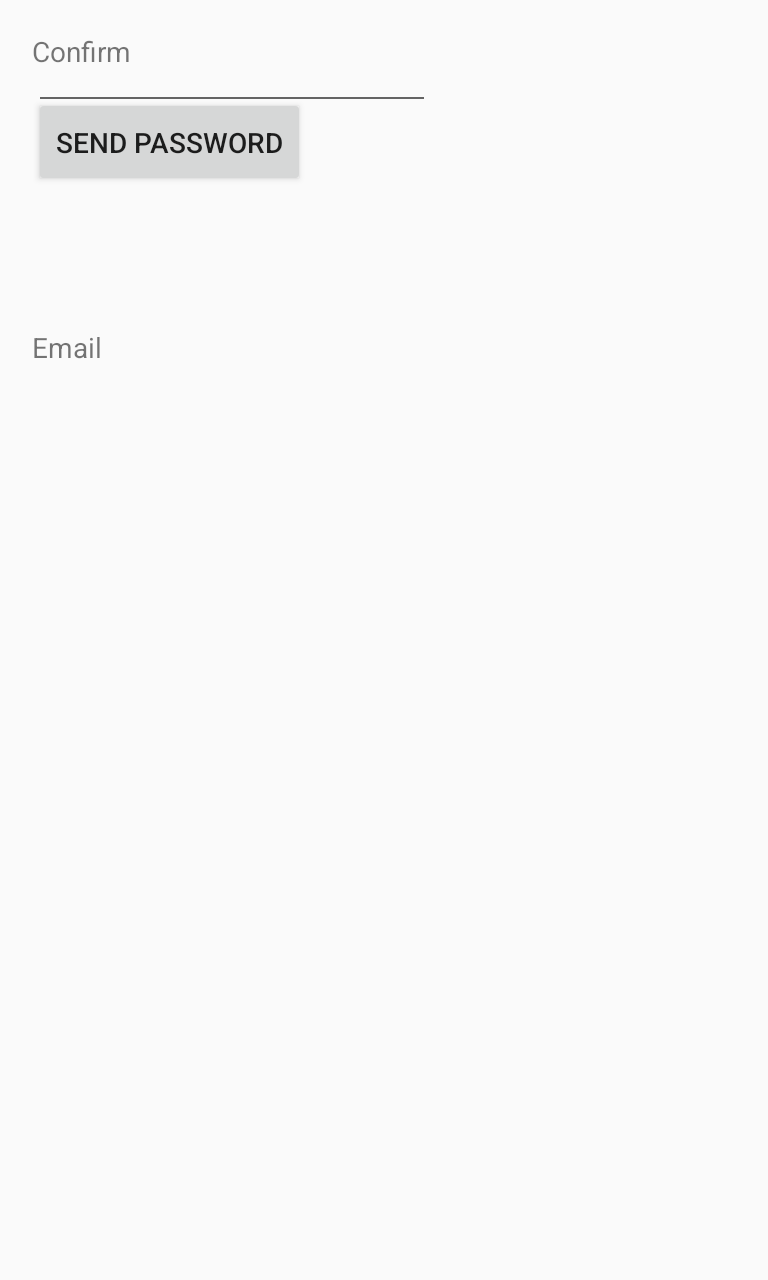
Repository: zerox2012/Fall2014Android
Layout: FishingBuddy/res/layout/activity_forgot_password.xml
An editor plug-in stored every save of this project. The layout is shown before and after a run of saves, followed by the edit.
It is drawn on a 768 x 1280 px phone screen (xhdpi) without system bars, with theme AppTheme; the app's code is not run.

Above is the layout before, as saved 2014-10-20 22:33:13.

After the next 2 saves:
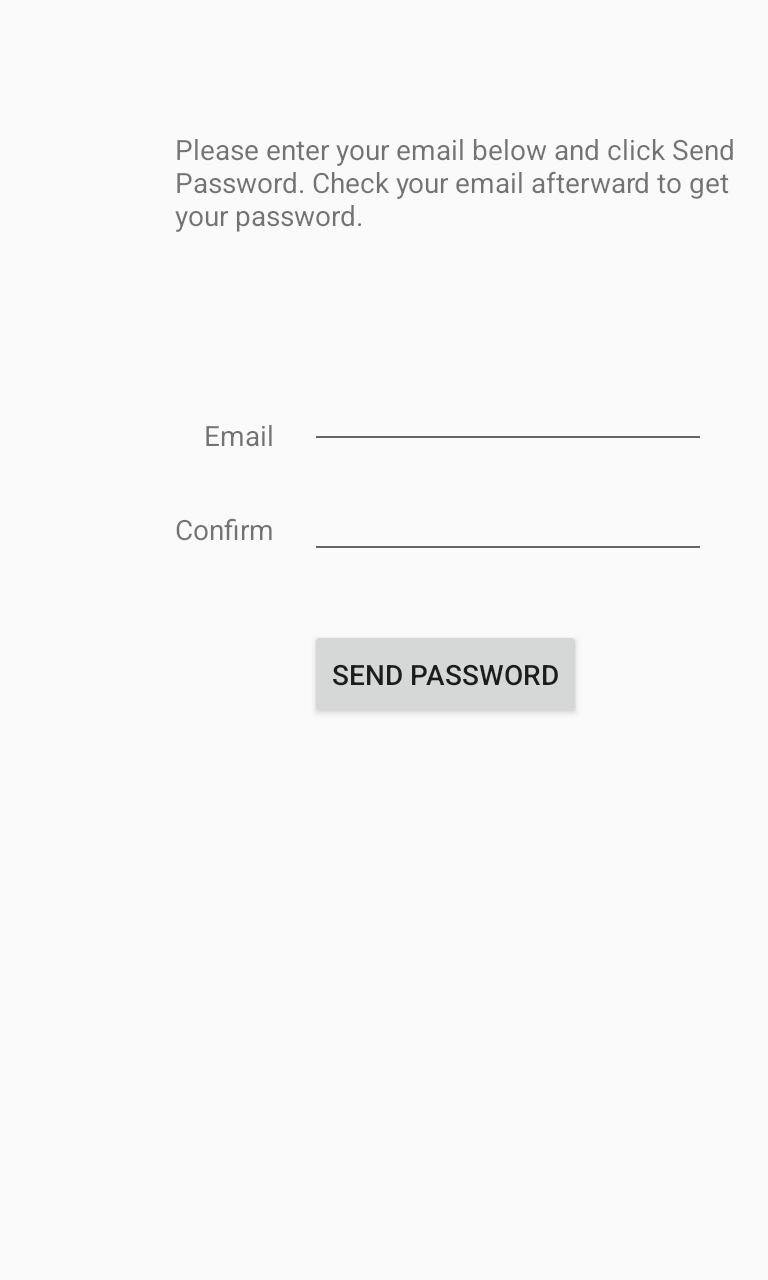
The 2 saves are shown as one change because 1 did not build or start.
The last was saved 3 min 56 s later.
--- a/FishingBuddy/res/layout/activity_forgot_password.xml
+++ b/FishingBuddy/res/layout/activity_forgot_password.xml
@@ -8,42 +8,63 @@
     android:paddingTop="@dimen/activity_vertical_margin"
     tools:context="usf.fall2014.android.fishingbuddy.ForgotPassword" >
 
-	<TextView
-        android:id="@+id/text_password recovery_instruction"
+    <Button
+        android:id="@+id/button_create"
         android:layout_width="wrap_content"
         android:layout_height="wrap_content"
-        android:layout_above="@+id/label_email"
-        android:layout_alignLeft="@+id/label_email"
-        android:layout_marginBottom="39dp"
-        android:text="@string/password_recovery_instruction" />
+        android:layout_alignLeft="@+id/new_email2"
+        android:layout_below="@+id/new_email2"
+        android:layout_marginTop="31dp"
+        android:text="@string/label_send_password" />
+
+    <TextView
+        android:id="@+id/label_confirm_email"
+        android:layout_width="wrap_content"
+        android:layout_height="wrap_content"
+        android:layout_below="@+id/label_email"
+        android:layout_marginRight="17dp"
+        android:layout_marginTop="28dp"
+        android:layout_toLeftOf="@+id/new_email2"
+        android:text="@string/label_confirm_email" />
+
+    <EditText
+        android:id="@+id/new_email2"
+        android:layout_width="200dp"
+        android:layout_height="wrap_content"
+        android:layout_alignBaseline="@+id/label_confirm_email"
+        android:layout_alignBottom="@+id/label_confirm_email"
+        android:layout_alignParentRight="true"
+        android:layout_marginRight="14dp"
+        android:ems="10"
+        android:inputType="textEmailAddress" >
+
+    </EditText>
+
+    <EditText
+        android:id="@+id/new_email1"
+        android:layout_width="200dp"
+        android:layout_height="wrap_content"
+        android:layout_above="@+id/label_confirm_email"
+        android:layout_toRightOf="@+id/label_confirm_email"
+        android:ems="10"
+        android:inputType="textEmailAddress" />
+
     <TextView
         android:id="@+id/label_email"
         android:layout_width="wrap_content"
         android:layout_height="wrap_content"
         android:layout_alignParentTop="true"
-        android:layout_marginTop="148dp"
+        android:layout_alignRight="@+id/label_confirm_email"
+        android:layout_marginTop="192dp"
         android:text="@string/label_email" />
-    <EditText
-        android:id="@+id/email1"
-        android:layout_width="200dp"
-        android:inputType="textEmailAddress" />
 
     <TextView
-        android:id="@+id/label_confirm_email"
+        android:id="@+id/textView1"
         android:layout_width="wrap_content"
         android:layout_height="wrap_content"
-        android:text="@string/label_confirm_email" />
-    <EditText
-        android:id="@+id/email2"
-        android:layout_width="200dp"
-        android:layout_height="wrap_content"
-        android:ems="10"
-        android:inputType="textEmailAddress" />
+        android:layout_alignLeft="@+id/label_confirm_email"
+        android:layout_alignParentTop="true"
+        android:layout_marginTop="49dp"
+        android:text="@string/password_recovery_instruction" />
 
-    <Button
-        android:id="@+id/button_send_password"
-        android:layout_width="wrap_content"
-        android:layout_height="wrap_content"
-        android:layout_marginTop="31dp"
-        android:text="@string/label_send_password" />
 </RelativeLayout>
